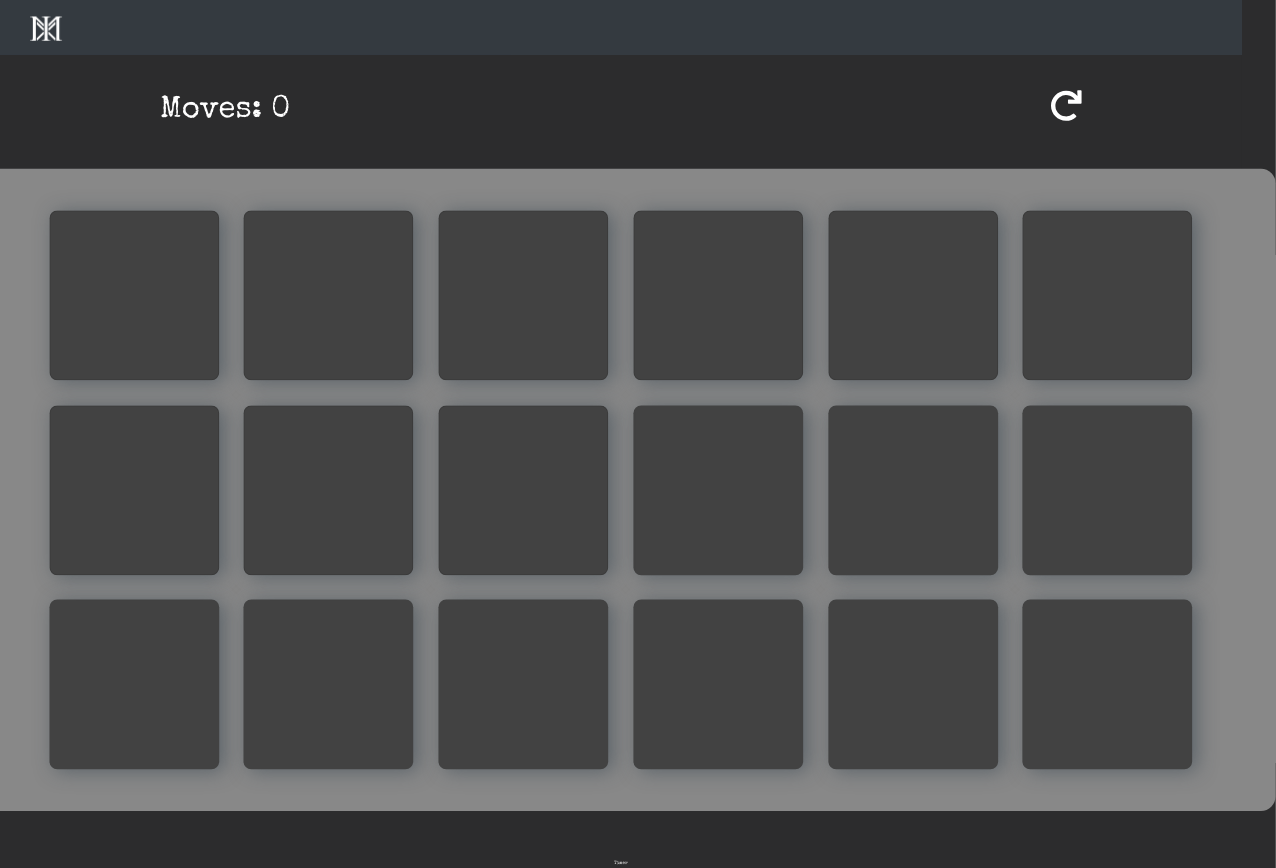
Repository: Code-Institute-Submissions/Milestone-25
Page: game.html
The author's editor kept a record of every edit. The page is drawn from the files as they stood at one moment, then again after the next edit.
The browser window is 1280 px wide. The page is 1315 px wide, so the pictures cover 1315 px, including what lies to the right of the window. The pictures show the whole page, at 97% of full size.
Some web libraries are served in a nearby version.

Above is the page before.

### game.html
<!DOCTYPE html>
<html lang="en">

<head>
  <meta charset="UTF-8">
  <meta name="viewport" content="width=device-width, initial-scale=1">
  <meta http-equiv="X-UA-Compatible" content="ie=edge">
  <link rel="stylesheet" href="https://stackpath.bootstrapcdn.com/bootstrap/4.4.1/css/bootstrap.min.css" integrity="sha384-Vkoo8x4CGsO3+Hhxv8T/Q5PaXtkKtu6ug5TOeNV6gBiFeWPGFN9MuhOf23Q9Ifjh" crossorigin="anonymous">
  <script src="https://ajax.googleapis.com/ajax/libs/jquery/3.4.1/jquery.min.js"></script>
  <script src="https://maxcdn.bootstrapcdn.com/bootstrap/4.4.1/js/bootstrap.min.js"></script>
  <script src="https://use.fontawesome.com/releases/v5.12.0/js/all.js"></script>
  <link rel="stylesheet" href="assets/css/style.css" media="screen">
  <title>Memoryphile Home</title>
</head>

<body>
  <!--Navbar with option to return to homescreen-->
  <nav class="navbar navbar-expand-md navbar-dark bg-dark sticky-top">
    <div class="container-fluid">
      <a class="navbar-brand"><img src="./assets/images/logo.png" height="25" alt="Memoryphile Logo"></a>
    </div>
  </nav>
</body>

<!--Unordered list to form the grid for matching deck-->
<div class="container padding game-container">
  <!-- section for move counter and restart -->
  <section class="requirements">
    Moves: <span class="moves">0</span>
    <div class="restart"><i class="fas fa-redo"></i></div>
  </section>

  <ul class="gamedeck">
    <!--Original Cards-->
    <li class="card" type="bomb">
      <i class="fas fa-bomb"></i>
    </li>
    <li class="card" type="biohazard">
      <i class="fas fa-biohazard"></i>
    </li>
    <li class="card" type="secret">
      <i class="fas fa-user-secret"></i>
    </li>
    <li class="card" type="question">
      <i class="fas fa-question-circle"></i>
    </li>
    <li class="card" type="search">
      <i class="fas fa-search"></i>
    </li>
    <li class="card" type="skull">
      <i class="fas fa-skull"></i>
    </li>
    <li class="card" type="building">
      <i class="fas fa-landmark"></i>
    </li>
    <li class="card" type="jet">
      <i class="fas fa-fighter-jet"></i>
    </li>
    <li class="card" type="binocular">
      <i class="fas fa-binoculars"></i>
    </li>

    <!--Matching Cards-->

    <li class="matchedcard" type="bomb">
      <i class="fas fa-bomb"></i>
    </li>
    <li class="matchedcard" type="biohazard">
      <i class="fas fa-biohazard"></i>
    </li>
    <li class="matchedcard" type="secret">
      <i class="fas fa-user-secret"></i>
    </li>
    <li class="matchedcard" type="question">
      <i class="fas fa-question-circle"></i>
    </li>
    <li class="matchedcard" type="search">
      <i class="fas fa-search"></i>
    </li>
    <li class="matchedcard" type="skull">
      <i class="fas fa-skull"></i>
    </li>
    <li class="matchedcard" type="building">
      <i class="fas fa-landmark"></i>
    </li>
    <li class="matchedcard" type="jet">
      <i class="fas fa-fighter-jet"></i>
    </li>
    <li class="matchedcard" type="binocular">
      <i class="fas fa-binoculars"></i>
    </li>
  </ul>


</div>
<div class="container padding game-container">
  <!-- section for timer -->
  <section class="requirements-timer">
    <div class="timer">Timer</div>
  </section>



<script type="text/javascript" src="./assets/js/main.js"></script>
</body>

</html>

### assets/css/style.css
@import url('https://fonts.googleapis.com/css?family=Homemade+Apple|Special+Elite&display=swap');

/* ==============  MEDIA QUERIES   ==============*/

/*--------Bootstrap Breakpoints---------*/

/* xs devices (<576px) = default in Bootstrap (hence no media query)

sm devices (>576px) = @media max-width: 576px

md devices (>768px) = @media max-width: 768px

lg devices (>992px) = @media max-width: 992px

xl devices (>1200px) = @media max-width: 1200px
*/

/*--------Media Queries--------*/

/* max-width, not min-width, for mobile-first styling */

@media (max-width: 992px) {

}

@media (max-width: 768px) {


}

@media (max-width: 576px) {



}


/* ==============STYLING==============*/

/*--------HTML, BODY Styling-----*/

html,
body {
  height: 100%;
  width: 100%;
  font-family: 'Special Elite', sans-serif;
  color: #fff;
  background-color: #2c2c2d;
  box-sizing: border-box;
}

/*------------BUTTON STYLING--------*/

.btn-secondary {
    background-color: #c30e0e;
    border-color: #c30e0e;
    margin-top: 10%;
    margin-bottom: 10%;
    font-size: 350%;
    padding-top: 1.5%;

}


/*------------Instructions STYLING--------*/

.instructions {
  font-size: 150%;
  display: inline-block;
  margin-left: 6%;
  margin-right: 6%;
}


/*--------------GAME.html styling---------*/

.game-container {
/* Flexbox */
  flex-direction: column;
  display: flex;
  justify-content: center;
  align-items: center;
}


/*------------REQUIRMENTS Styling--------*/

.requirements {
  text-align: left;
  margin-top: 35px;
  margin-bottom: 35px;
  width: 950px;
  font-size: 200%;

}

.requirements .timer {
  float: left;
}

.requirements .restart {
  float: right;
}

.requirements .moves {
  float: inherit;
}
.requirements-timer {
  text-align: center;
  margin-top:35px;
  font-size: 30%;
}


/*------------GAMEDECK Styling ---------*/

.gamedeck {
  min-height: 600px;
  width: 1350px;
  background: #888888;
  border-radius: 15px;
  padding: 30px;
/* Flexbox */
  display: flex;
  flex-wrap: wrap;
  justify-content: center;
  align-items: center;
}

.card,
.matchedcard {
  height: 175px;
  width: 175px;
  background: #424242;
  border-radius: 8px;
  box-shadow: 5px 2px 20px 0 rgba(46, 61, 73, 0.5);
  margin: 1%;
/* shrink font so that when a card is 'flipped', font enlarges */
  font-size: 0;
  color: #ffffff;
  display: flex;
  justify-content: center;
  align-items: center;
  /* add cursor to indicate interactivity to user */
  cursor: pointer;
}

### assets/js/main.js
//on page open, timer counts from 90 secs down

//on page open, or on restart, cards are reshuffled

//on reset, cards shuffled, reset game board, reset timer

//if timer = 0, game over

// on click, moves increases by 1

// if moves > 40, game over

//on restart, pasue game and timer and ask for confirmation
    //if confirmation = true page refreshes and timer + cards all reset
    //if confirmation = false, game and timer resumes


// on click:
    //if no other card active, flip card and set to active
    //if other card active, compare img of both active cards
        //if img match, match counter increase by one
        //on no match, both cards return to rest state

//(no. of cards = 18)

//if match counter = 9, player wins.

//if match counter = 9, timer stops

//score? = at win, total moves and total time remaining

//set keyboard (p)ause and (esc)ape actions

//if player wins, produce success message (and rating out of three?)

//if player loses (out of time, or exceeds moves), produce loss message

After the next edit:
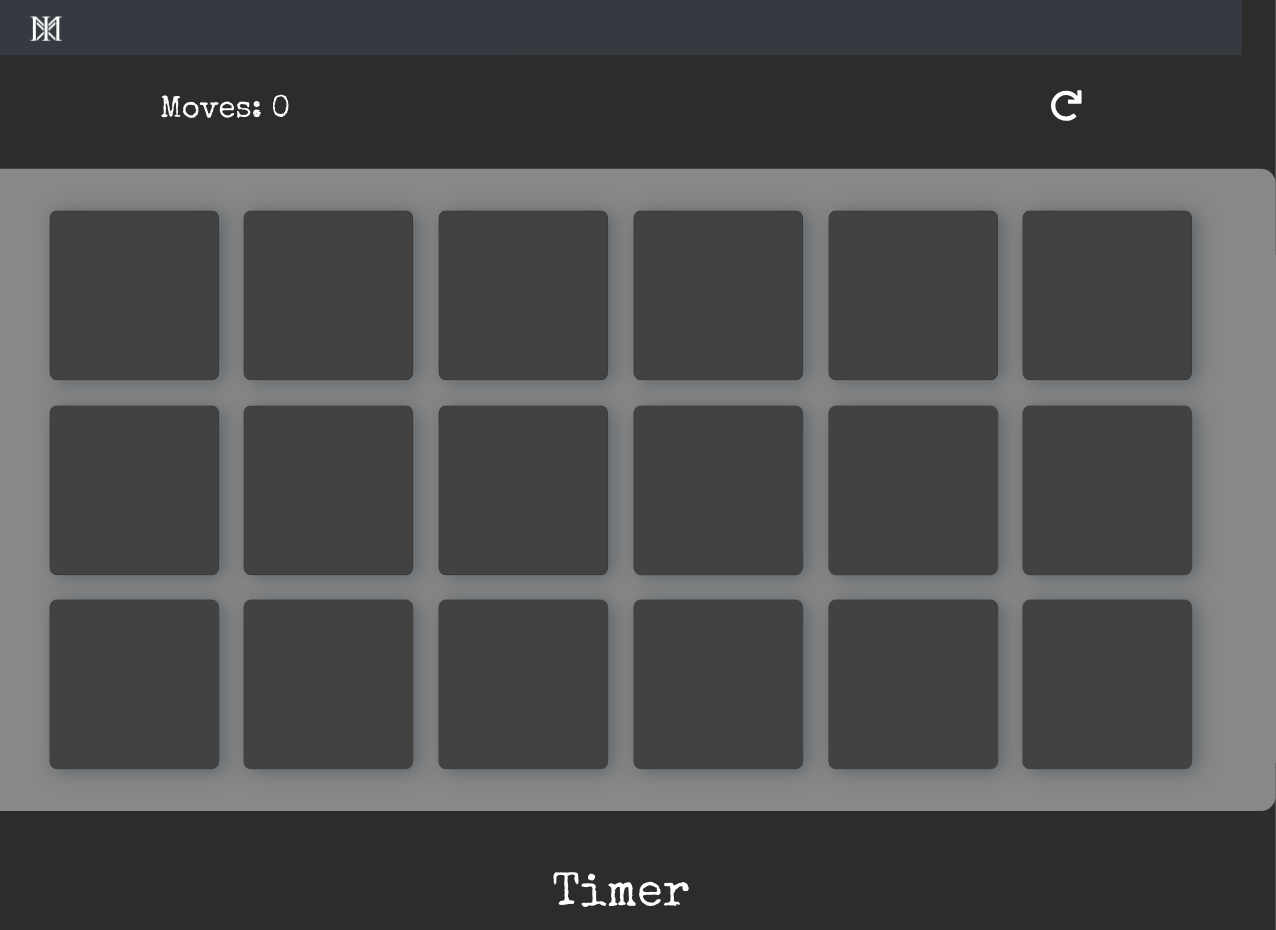
The edit:
--- a/assets/css/style.css
+++ b/assets/css/style.css
@@ -108,7 +108,7 @@
 .requirements-timer {
   text-align: center;
   margin-top:35px;
-  font-size: 30%;
+  font-size: 300%;
 }
 
 
